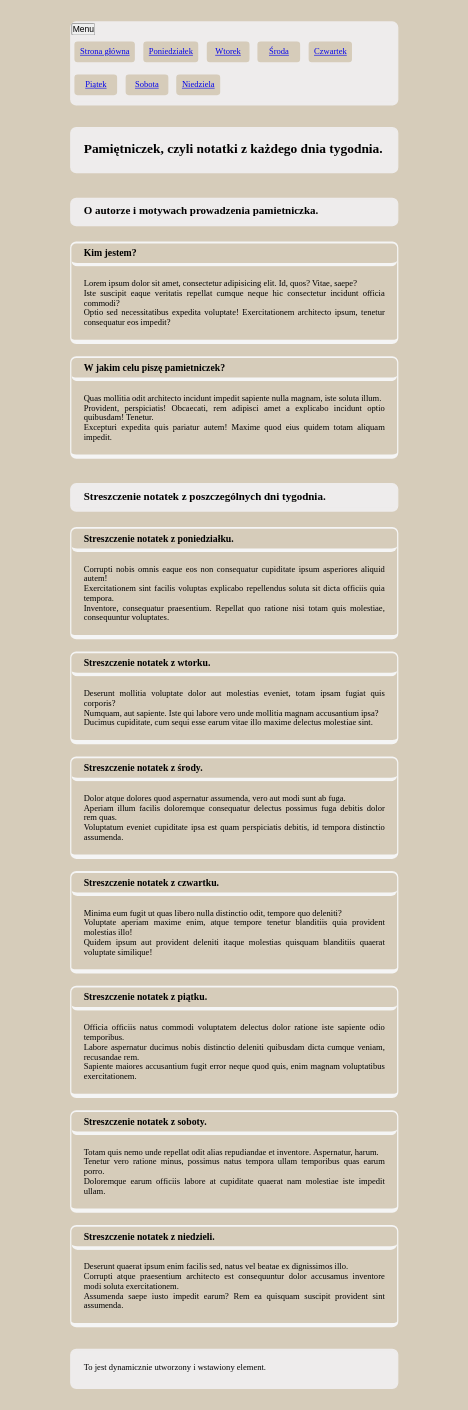
Repository: ArturNatwora/hompage
Page: index.html
These files come from the project's save history. The page is drawn as it stood at one moment and after the next save; the edit follows.
The browser window is 768 px wide. The pictures show the whole page, at 61% of full size.

Above is the page before, as saved 2019-06-12 09:13:00.

### index.html
<!DOCTYPE html>
<html lang="pl">

<head>
    <meta charset="UTF-8">
    <meta name="viewport" content="width=device-width, initial-scale=1.0">
    <meta http-equiv="X-UA-Compatible" content="ie=edge">
    <link rel="stylesheet" href="index.css">
    <title>Strona domowa w ramach kursu WTf CO TEN FRONTEND.</title>
</head>

<body>
    <header class="bodyHeader">
        <nav class="bodyHeader__nav">
            <button class="bodyHeader__navResponsSwich">Menu</button>
            <ul class="bodyHeader__navListLink" >
                <li class="bodyHeader__navItemLink"><a class="bodyHeader__navLink" href="index.html">Strona główna</a></li>
                <li class="bodyHeader__navItemLink"><a class="bodyHeader__navLink" href="./days/1.html">Poniedziałek</a></li>
                <li class="bodyHeader__navItemLink"><a class="bodyHeader__navLink" href="./days/2.html">Wtorek</a></li>
                <li class="bodyHeader__navItemLink"><a class="bodyHeader__navLink" href="./days/3.html">Środa</a></li>
                <li class="bodyHeader__navItemLink"><a class="bodyHeader__navLink" href="./days/4.html">Czwartek</a></li>
                <li class="bodyHeader__navItemLink"><a class="bodyHeader__navLink" href="./days/5.html">Piątek</a></li>
                <li class="bodyHeader__navItemLink"><a class="bodyHeader__navLink" href="./days/6.html">Sobota</a></li>
                <li class="bodyHeader__navItemLink"><a class="bodyHeader__navLink" href="./days/7.html">Niedziela</a></li>
            </ul>
        </nav>
        <h1 class="bodyHeader__title">Pamiętniczek, czyli notatki z każdego dnia tygodnia.</h1>
    </header>
    <main class="main">
        <section class="section  section-flex" >
            <h2 class="section__title">O autorze i motywach prowadzenia pamietniczka.</h2>
            <article class="article article-flex">
                <h3 class="article__title">Kim jestem?</h3>
                <p>Lorem ipsum dolor sit amet, consectetur adipisicing elit. Id, quos? Vitae, saepe?</p>
                <p>Iste suscipit eaque veritatis repellat cumque neque hic consectetur incidunt officia commodi?</p>
                <p>Optio sed necessitatibus expedita voluptate! Exercitationem architecto ipsum, tenetur consequatur eos
                    impedit?</p>
            </article>
            <article class="article article-flex">

                <h3 class="article__title">W jakim celu piszę pamietniczek?</h3>
                <p>Quas mollitia odit architecto incidunt impedit sapiente nulla magnam, iste soluta illum.</p>
                <p>Provident, perspiciatis! Obcaecati, rem adipisci amet a explicabo incidunt optio quibusdam! Tenetur.
                </p>
                <p>Excepturi expedita quis pariatur autem! Maxime quod eius quidem totam aliquam impedit.</p>
            </article>

        </section>

        <section class="section section-flex">
                <h2 class="section__title">Streszczenie notatek z poszczególnych dni tygodnia.</h2>
                <article class="article article-flex">
                    <h3 class="article__title">Streszczenie notatek z poniedziałku.</h3>
                    <p>Corrupti nobis omnis eaque eos non consequatur cupiditate ipsum asperiores aliquid autem!</p>
                    <p>Exercitationem sint facilis voluptas explicabo repellendus soluta sit dicta officiis quia
                        tempora.</p>
                    <p>Inventore, consequatur praesentium. Repellat quo ratione nisi totam quis molestiae, consequuntur
                        voluptates.</p>
                </article>
                <article class="article article-flex">
                    <h3 class="article__title">Streszczenie notatek z wtorku.</h3>
                    <p>Deserunt mollitia voluptate dolor aut molestias eveniet, totam ipsam fugiat quis corporis?</p>
                    <p>Numquam, aut sapiente. Iste qui labore vero unde mollitia magnam accusantium ipsa?</p>
                    <p>Ducimus cupiditate, cum sequi esse earum vitae illo maxime delectus molestiae sint.</p>
                </article>
                <article class="article article-flex">
                    <h3 class="article__title">Streszczenie notatek z środy.</h3>
                    <p>Dolor atque dolores quod aspernatur assumenda, vero aut modi sunt ab fuga.</p>
                    <p>Aperiam illum facilis doloremque consequatur delectus possimus fuga debitis dolor rem quas.</p>
                    <p>Voluptatum eveniet cupiditate ipsa est quam perspiciatis debitis, id tempora distinctio
                        assumenda.</p>
                </article>
                <article class="article article-flex">
                    <h3 class="article__title">Streszczenie notatek z czwartku.</h3>
                    <p>Minima eum fugit ut quas libero nulla distinctio odit, tempore quo deleniti?</p>
                    <p>Voluptate aperiam maxime enim, atque tempore tenetur blanditiis quia provident molestias illo!
                    </p>
                    <p>Quidem ipsum aut provident deleniti itaque molestias quisquam blanditiis quaerat voluptate
                        similique!</p>
                </article>
                <article class="article article-flex">
                    <h3 class="article__title">Streszczenie notatek z piątku.</h3>
                    <p>Officia officiis natus commodi voluptatem delectus dolor ratione iste sapiente odio temporibus.
                    </p>
                    <p>Labore aspernatur ducimus nobis distinctio deleniti quibusdam dicta cumque veniam, recusandae
                        rem.</p>
                    <p>Sapiente maiores accusantium fugit error neque quod quis, enim magnam voluptatibus
                        exercitationem.</p>
                </article>
                <article class="article article-flex">
                    <h3 class="article__title">Streszczenie notatek z soboty.</h3>
                    <p>Totam quis nemo unde repellat odit alias repudiandae et inventore. Aspernatur, harum.</p>
                    <p>Tenetur vero ratione minus, possimus natus tempora ullam temporibus quas earum porro.</p>
                    <p>Doloremque earum officiis labore at cupiditate quaerat nam molestiae iste impedit ullam.</p>
                </article>
                <article class="article article-flex">
                    <h3 class="article__title">Streszczenie notatek z niedzieli.</h3>
                    <p>Deserunt quaerat ipsum enim facilis sed, natus vel beatae ex dignissimos illo.</p>
                    <p>Corrupti atque praesentium architecto est consequuntur dolor accusamus inventore modi soluta
                        exercitationem.</p>
                    <p>Assumenda saepe iusto impedit earum? Rem ea quisquam suscipit provident sint assumenda.</p>
                </article>
            </section>


    </main>
    <script src="index.js"></script>
</body>

</html>

### index.css

*{
    margin: 0;
    padding: 0;
    box-sizing: border-box;
    font-size: 14px;
}


body{
    min-width: 350px;
    width: 70%;
    max-width: 1100px;
    margin:  auto;
    background: rgb(214, 204, 186);

}

.bodyHeader {
    width: 100%;

    display: block;
    position: relative;


}
.bodyHeader__nav{
    background: rgb(238, 236, 236);
    width: 100%;
    height: auto;
    margin: 35px 0;

    display: block;

    border-width: 3px 2px 7px 2px ;
    border-style: solid;
    border-color: rgb(238, 236, 236);
    border-radius: 10px;
}
.bodyHeader__navResponsSwich{
    display:none;
}
@media (max-width: 770px) {
    .bodyHeader__navResponsSwich{
        display:block;
    }

}

.bodyHeader__navListLink {
    width: 100%;
    list-style: none;
    display: block;
}
.bodyHeader__navItemLink{
    text-align: center;
    min-width: 70px;
    background: rgb(214, 204, 186);
    display: inline-block;
    padding: 7px ;
    margin: 10px 5px;
    border-width:  2px ;
    border-style: solid;
    border-color: rgb(214, 204, 186);
    border-radius: 5px;
}

.bodyHeader__title{
    font-size: 22px;
    display: block;
    margin:16px 0;
    padding: 20px;
    background: rgb(238, 236, 236);

    border-width: 3px 2px 7px 2px ;
    border-style: solid;
    border-color: rgb(238, 236, 236);
    border-radius: 10px;
}
.section{
    width: 100%;
    margin:40px 0 0 0 ;
}
@media (min-width: 770px) {

.section-flex{
display:flex;
flex-direction: row;
flex-wrap: wrap;
justify-content: space-between;
}
}
.section__title{

    width: 100%;
    font-size: 18px;
    display: block;
    margin:25px 0;
    padding: 8px 20px;
    background: rgb(238, 236, 236);

    border-width: 3px 2px 7px 2px ;
    border-style: solid;
    border-color: rgb(238, 236, 236);
    border-radius: 10px;
}
.article{

    display: block;
    margin:0 0 20px 0;
    padding:0 0 20px 0px;
    border-width: 3px 2px 7px 2px ;
    border-style: solid;
    border-color: whitesmoke;
    border-radius: 10px;

}
@media (min-width: 770px) {
.article-flex{
    width: 49%;


}


}
.article__title{
    font-size: 16px;
    display: block;
    margin:0 0 20px 0 ;
    padding: 7px 20px;

    border-width: 0 0 6px 0 ;
    border-style: solid;
    border-color: whitesmoke;
    border-radius: 10px;

}
p{
    text-align: justify;
    padding: 0 20px;
}

.bodyHeader__footer{
    background: rgb(238, 236, 236);
    width: 100%;
    height: auto;
    margin: 35px 0;
    padding: 20px 0;

    display: block;

    border-width: 3px 2px 7px 2px ;
    border-style: solid;
    border-color: rgb(238, 236, 236);
    border-radius: 10px;
}

### index.js
function addElement(elementName,elementClass,elementContent, parrentNode){
    const el = document.createElement(elementName);
    el.classList.add(elementClass);
    el.innerHTML = elementContent;
    parrentNode.appendChild(el);


};
let content =   "<p>To jest dynamicznie utworzony i wstawiony element.</p>";

 document.addEventListener("DOMContentLoaded", function() {
let body = document.body;
addElement("footer","bodyHeader__footer", content, body);
});

After the next save:
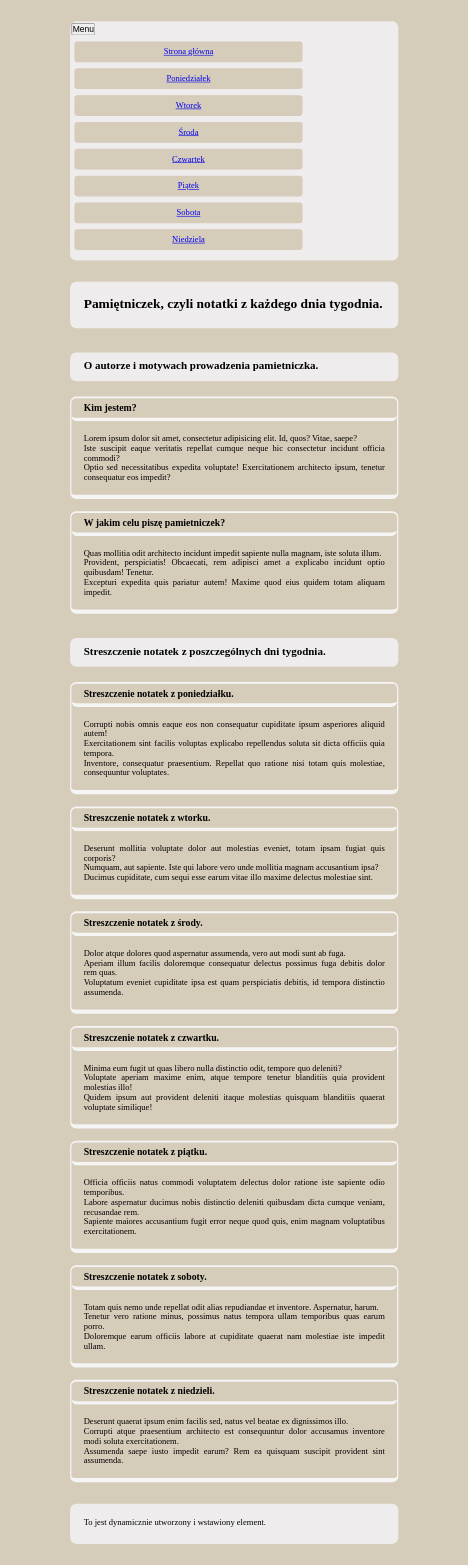
Saved 4 min 59 s later.
--- a/index.css
+++ b/index.css
@@ -52,6 +52,14 @@ body{
     list-style: none;
     display: block;
 }
+
+@media (max-width: 770px) {
+    .bodyHeader__navListLink{
+        display:block;
+        width: 70%;
+    }
+
+}
 .bodyHeader__navItemLink{
     text-align: center;
     min-width: 70px;
@@ -63,6 +71,13 @@ body{
     border-style: solid;
     border-color: rgb(214, 204, 186);
     border-radius: 5px;
+}
+@media (max-width: 770px) {
+    .bodyHeader__navItemLink{
+        display:block;
+        width: 100%;
+    }
+
 }
 
 .bodyHeader__title{
